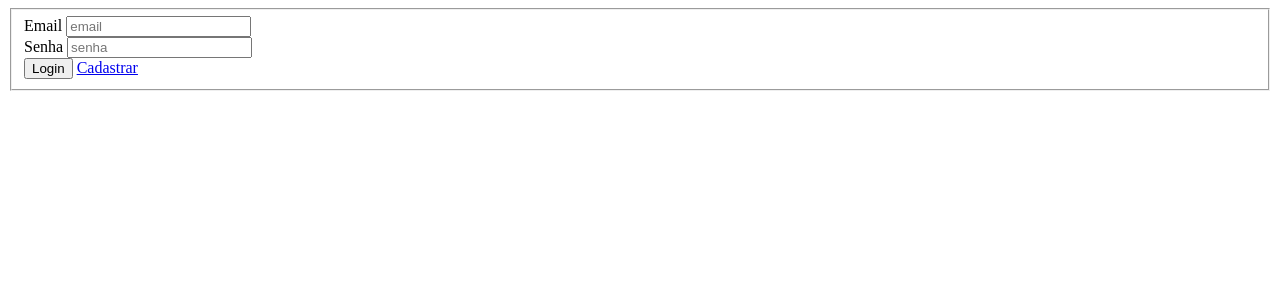
Repository: moises2112/Projetos
Page: http://localhost/Dog/LoginController.do?action=logar
An editor plug-in stored every save of this project. The page is shown before and after the next save, followed by the edit.
The browser window is 1280 px wide. The pictures show the whole page.
The page is served by Tomcat 9.

Above is the page before, as saved 2017-06-09 01:43:34.

After the next save:
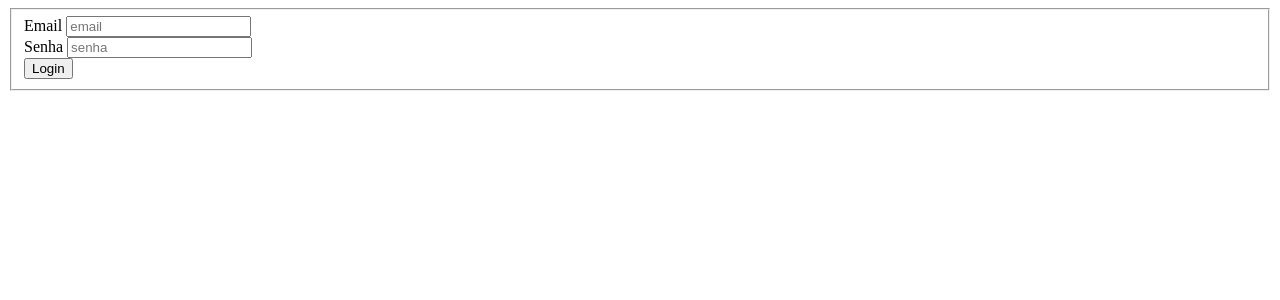
Saved 6 min 9 s later.
--- a/Dog/WebContent/login.jsp
+++ b/Dog/WebContent/login.jsp
@@ -10,7 +10,7 @@
 <title>Bem vindo ao Tindog</title>
 </head>
 <body>
-	<form action="LoginController.do?action=logar" method="post">
+	<form action="LoginController.do" method="post">
 		<fieldset>
 			<div>
 				<label for="email">Email</label> <input type="text" name="email"
@@ -21,8 +21,7 @@
 					placeholder="senha" />
 			</div>
 			<div>
-				<input type="submit" value="Login" /> <a
-					href="LoginController.do?action=cadastrar" role="button">Cadastrar</a>
+				<input type="submit" value="Login" />
 			</div>
 
 		</fieldset>
